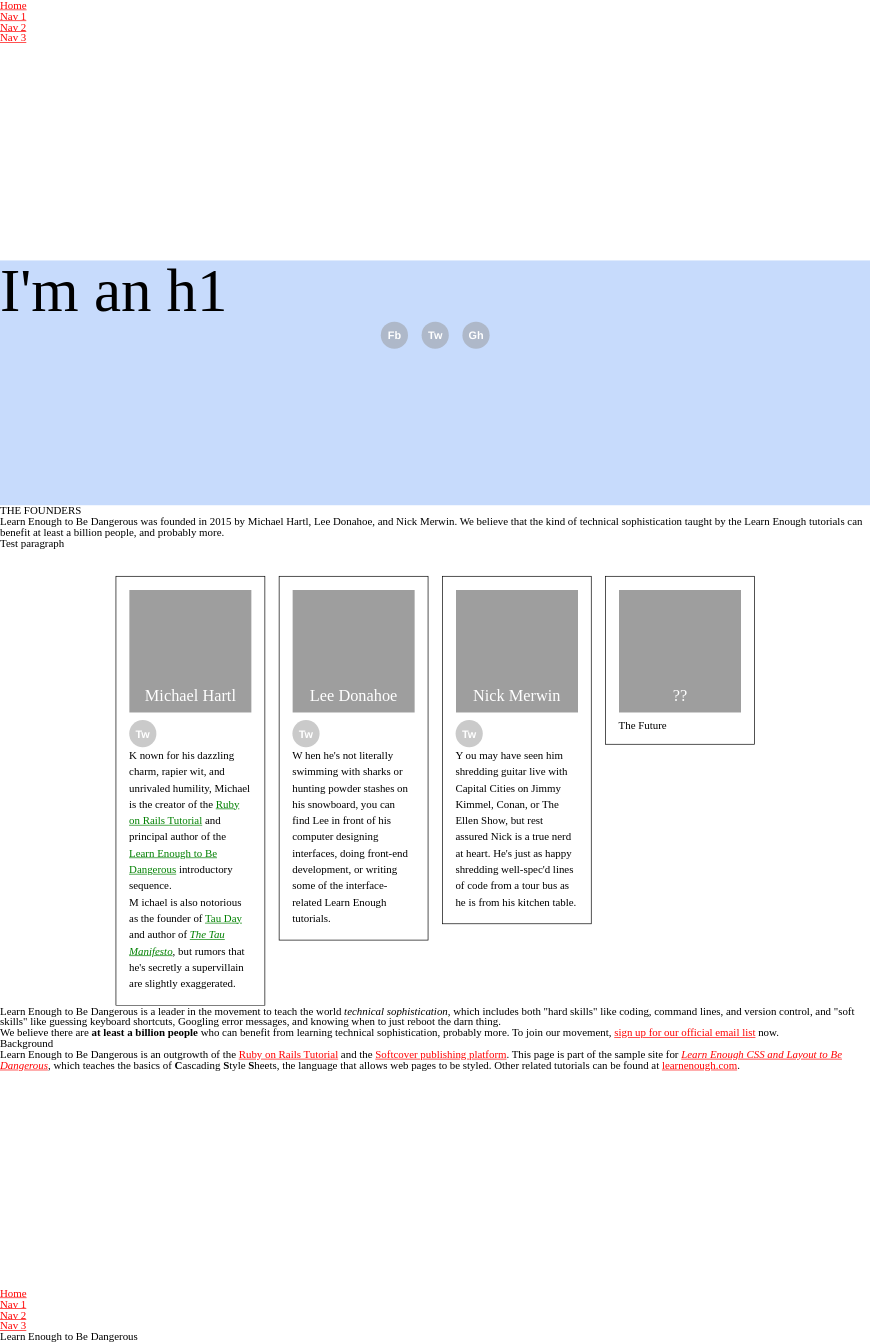
Repository: Ken2072/Ken2072.github.io
Page: _site/index.html
The author's editor kept a record of every edit. The page is drawn from the files as they stood at one moment, then again after the next edit.
The browser window is 1280 px wide. The pictures show the whole page, at 68% of full size.
Pictures or frames that could not be fetched are drawn as grey boxes.

Above is the page before.

### _site/index.html
<!DOCTYPE html>
<html>
<head>
<title>Test Page: Don't Panic</title>
<meta charset="utf-8">
<link rel="stylesheet" href="/css/main.css">
</head>
<body>
<header class="header">
<nav>
<ul class="header-nav nav-links">
<li><a href="/">Home</a></li>
<li><a href="#">Nav 1</a></li>
<li><a href="#">Nav 2</a></li>
<li><a href="#">Nav 3</a></li>
</ul>
</nav>
<a href="/" class="header-logo">
<img src="/images/logo.png" alt="Learn Enough">
</a>
</header>

<div class="full-hero hero-home">
<h1>I'm an h1</h1>
<ul class="social-list">
<li>
<a href="https://example.com/" class="social-link">Fb</a>
</li>
<li>
<a href="https://example.com/" class="social-link">Tw</a>
</li>
<li>
<a href="https://example.com/" class="social-link">Gh</a>
</li>
</ul>
</div>
<h2>THE FOUNDERS</h2>
<p>Learn Enough to Be Dangerous was founded in 2015 by Michael Hartl, Lee Donahoe,
and Nick Merwin. We believe that the kind of technical sophistication taught by
the Learn Enough tutorials can benefit at least a billion people, and probably
more.
</p>
<p>Test paragraph</p>
<div class="bio-wrapper">
<div class="bio-box">
<img src="https://placekitten.com/g/400/400">
<h3>Michael Hartl</h3>
<a href="https://twitter.com/mhartl" class="social-link">Tw</a>
<div class="bio-copy">
<p>K nown for his dazzling charm, rapier wit, and unrivaled humility,
Michael is the creator of the
<a href="https://www.railstutorial.org/">Ruby on Rails
Tutorial</a> and principal author of the
<a href="https://learnenough.com/">
Learn Enough to Be Dangerous</a> introductory sequence.
</p>
<p>M ichael is also notorious as the founder of
<a href="http://tauday.com/">Tau Day</a> and author of
<a href="http://tauday.com/tau-manifesto"><em>The Tau
Manifesto</em></a>, but rumors that he's secretly a supervillain
are slightly exaggerated.
</p>
</div>
</div>
<div class="bio-box">
<img src="https://placekitten.com/g/400/400">
<h3>Lee Donahoe</h3>
<a href="https://twitter.com/leedonahoe" class="social-link">Tw</a>
<div class="bio-copy">
<p>W hen he's not literally swimming with sharks or hunting powder
stashes on his snowboard, you can find Lee in front of his computer
designing interfaces, doing front-end development, or writing some of
the interface-related Learn Enough tutorials.
</p>
</div>
</div>
<div class="bio-box">
<img src="https://placekitten.com/g/400/400">
<h3>Nick Merwin</h3>
<a href="https://twitter.com/nickmerwin" class="social-link">Tw</a>
<div class="bio-copy">
<p>Y ou may have seen him shredding guitar live with Capital Cities on
Jimmy Kimmel, Conan, or The Ellen Show, but rest assured Nick is a
true nerd at heart. He's just as happy shredding well-spec'd lines
of code from a tour bus as he is from his kitchen table.
</p>
</div>
</div>
<div class="bio-box">
<img src="https://placekitten.com/g/400/400">
<h3>??</h3>
<p>The Future
</p>
</div>
</div>
<p>Learn Enough to Be Dangerous is a leader in the movement to teach the
world <em>technical sophistication</em>, which includes both "hard
skills" like coding, command lines, and version control, and "soft
skills" like guessing keyboard shortcuts, Googling error messages, and
knowing when to just reboot the darn thing.
</p>
<p>
    We believe there are <strong>at least a billion people</strong> who can
benefit from learning technical sophistication, probably more. To join
our movement,
<a href="https://learnenough.com/#email_list">sign up for our official
email list</a> now.
</p>
<h3>Background</h3>
<p>Learn Enough to Be Dangerous is an outgrowth of the
<a href="https://www.railstutorial.org/">Ruby on Rails Tutorial</a> and the
<a href="https://www.softcover.io/">Softcover publishing platform</a>.
This page is part of the sample site for
<a href="https://learnenough.com/css-tutorial"><em>Learn Enough CSS and
Layout to Be Dangerous</em></a>, which teaches the basics of
<strong>C</strong>ascading <strong>S</strong>tyle
<strong>S</strong>heets, the language that allows web pages to be styled.
Other related tutorials can be found at
<a href="https://learnenough.com/">learnenough.com</a>.
</p>

<footer class="footer">
<a class="footer-logo" href="/">
<img src="/images/logo.png" alt="Learn Enough"/>
</a>
<nav>
<ul class="footer-nav nav-links">
<li><a href="/">Home</a></li>
<li><a href="#">Nav 1</a></li>
<li><a href="#">Nav 2</a></li>
<li><a href="#">Nav 3</a></li>
</ul>
</nav>
<h3>Learn Enough <span>to Be Dangerous</span></h3>
</footer>
</body>
</html>

### css/main.css
html, body, div, span, applet, object, iframe,
h1, h2, h3, h4, h5, h6, p, blockquote, pre,
a, abbr, acronym, address, big, cite, code,
del, dfn, em, img, ins, kbd, q, s, samp,
small, strike, strong, sub, sup, tt, var,
b, u, i, center, dl, dt, dd, ol, ul, li,
fieldset, form, label, legend, table, caption,
tbody, tfoot, thead, tr, th, td, article, aside,
canvas, details, embed, figure, figcaption, footer,
header, hgroup, menu, nav, output, ruby, section,
summary, time, mark, audio, video {
margin: 0;
padding: 0;
border: 0;
font: inherit;
vertical-align: baseline;
}
/* HTML5 display-role reset for older browsers */
article, aside, details, figcaption, figure,
footer, header, hgroup, menu, nav, section {
display: block;
}
body {
line-height: 1;
}
blockquote, q {
quotes: none;
}b
lockquote:before, blockquote:after,
q:before, q:after {
content: '';
content: none;
}
table {
border-collapse: collapse;
border-spacing: 0;
}
strong, b {
font-weight: bold;
}
em, i {
font-style: italic;
}
a img {
border: none;
}
/* END RESET*/

/* GLOBAL STYLES */
h1 {
font-size: 7vw;
margin-top: 0;
}
a {
color: #f00;
}

/* HERO STYLES */
.full-hero {
background-color: #c7dbfc;
height: 50vh;
}


/* SOCIAL STYLES */
.social-link {
background: rgba(150, 150, 150, 0.5);
border-radius: 99px;
box-sizing: border-box;
color: #fff;
display: inline-block;
font-family: helvetica, arial, sans;
font-size: 1rem;
font-weight: bold;
height: 2.5em;
line-height: 1;
padding-top: 0.85em;
text-align: center;
text-decoration: none;
vertical-align: middle;
width: 2.5em;
}
.social-list {
list-style: none;
padding: 0;
text-align: center;
}
.social-list > li {
display: inline-block;
margin: 0 0.5em;
}

/* BIO STYLES */
.bio-wrapper {
font-size: 24px;
margin: auto;
max-width: 960px;
overflow: hidden;
}
.bio-box {
border: 1px solid black;
box-sizing: border-box;
float: left;
font-size: 1rem;
margin: 40px 1% 0;
padding: 2%;
width: 23%;
}
.bio-box h3 {
color: #fff;
font-size: 1.5em;
margin: -40px 0 1em;
text-align: center;
}
.bio-box img {
width: 100%;
}
.bio-copy {
font-size: 1em;
line-height: 1.5;
}
.bio-copy a {
color: green;
}

After the next edit:
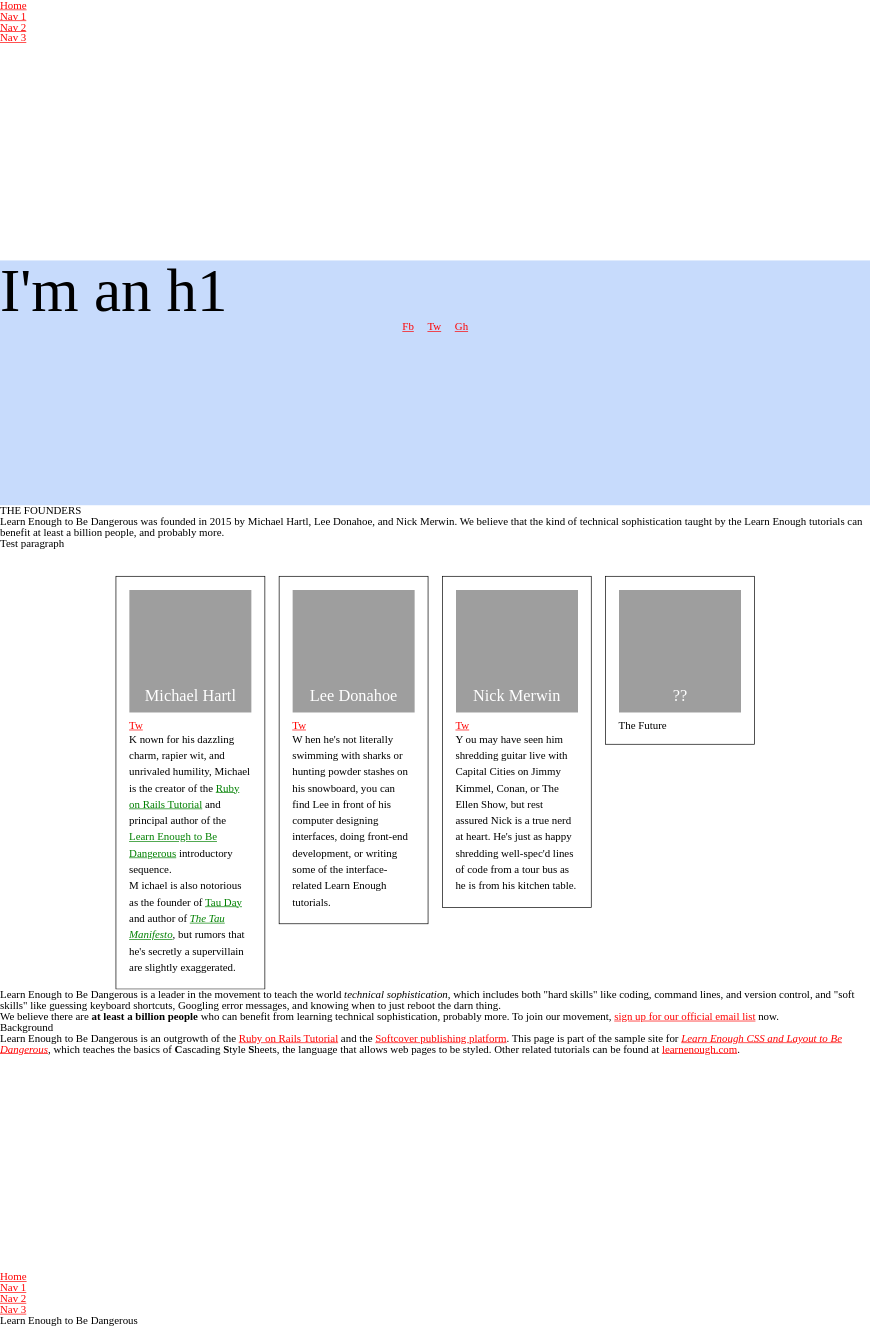
The edit:
--- a/css/main.css
+++ b/css/main.css
@@ -61,6 +61,15 @@
 height: 50vh;
 }
 
+/* FOOTER STYLES */
+
+footer-nav li {
+display: inline-block;
+margin: 2em 1em 0;
+}.
+footer-nav a {
+color: #ccc;
+}...
 
 /* SOCIAL STYLES */
 .social-link {

After the edit that followed:
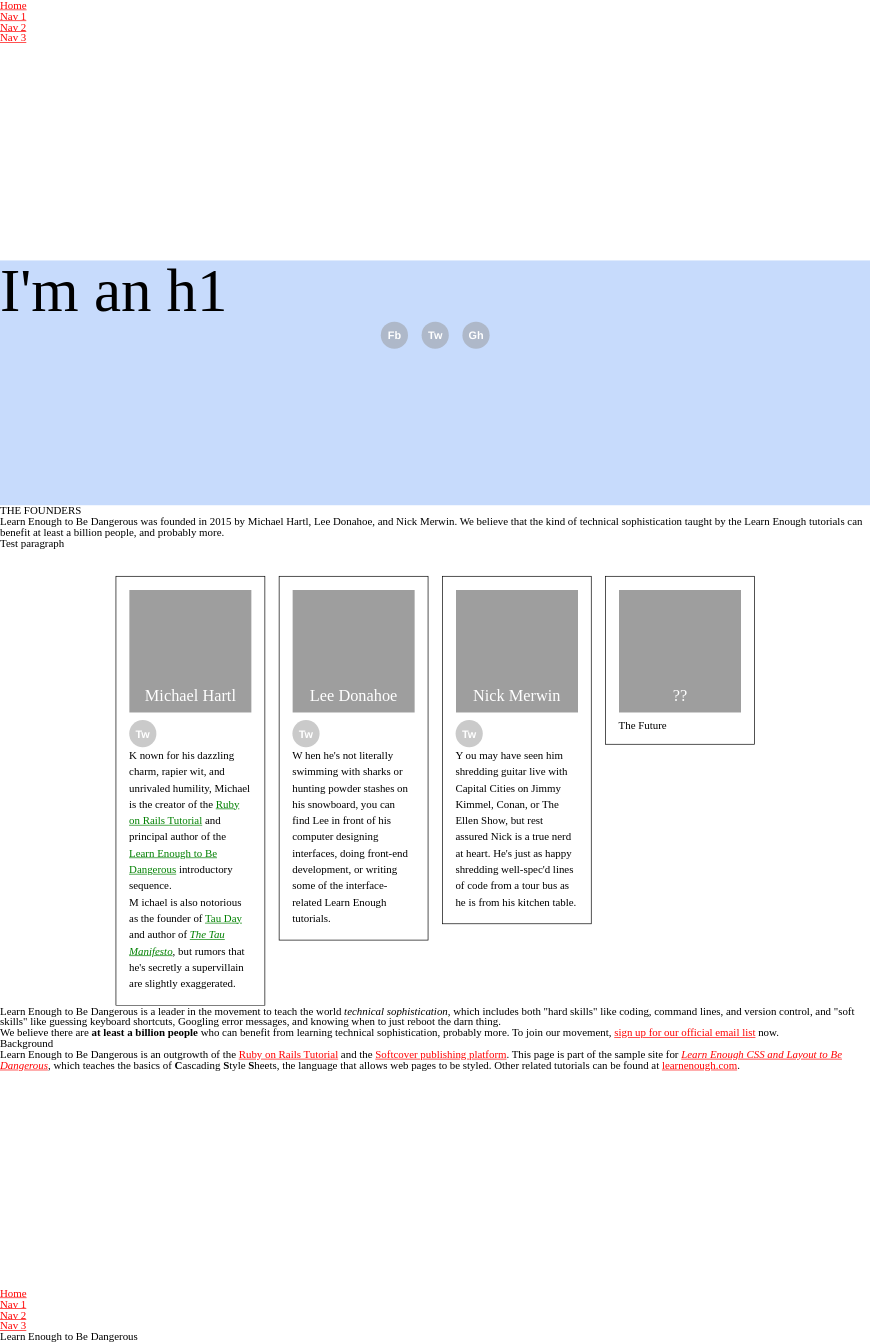
The edit:
--- a/css/main.css
+++ b/css/main.css
@@ -61,15 +61,6 @@
 height: 50vh;
 }
 
-/* FOOTER STYLES */
-
-footer-nav li {
-display: inline-block;
-margin: 2em 1em 0;
-}.
-footer-nav a {
-color: #ccc;
-}...
 
 /* SOCIAL STYLES */
 .social-link {
